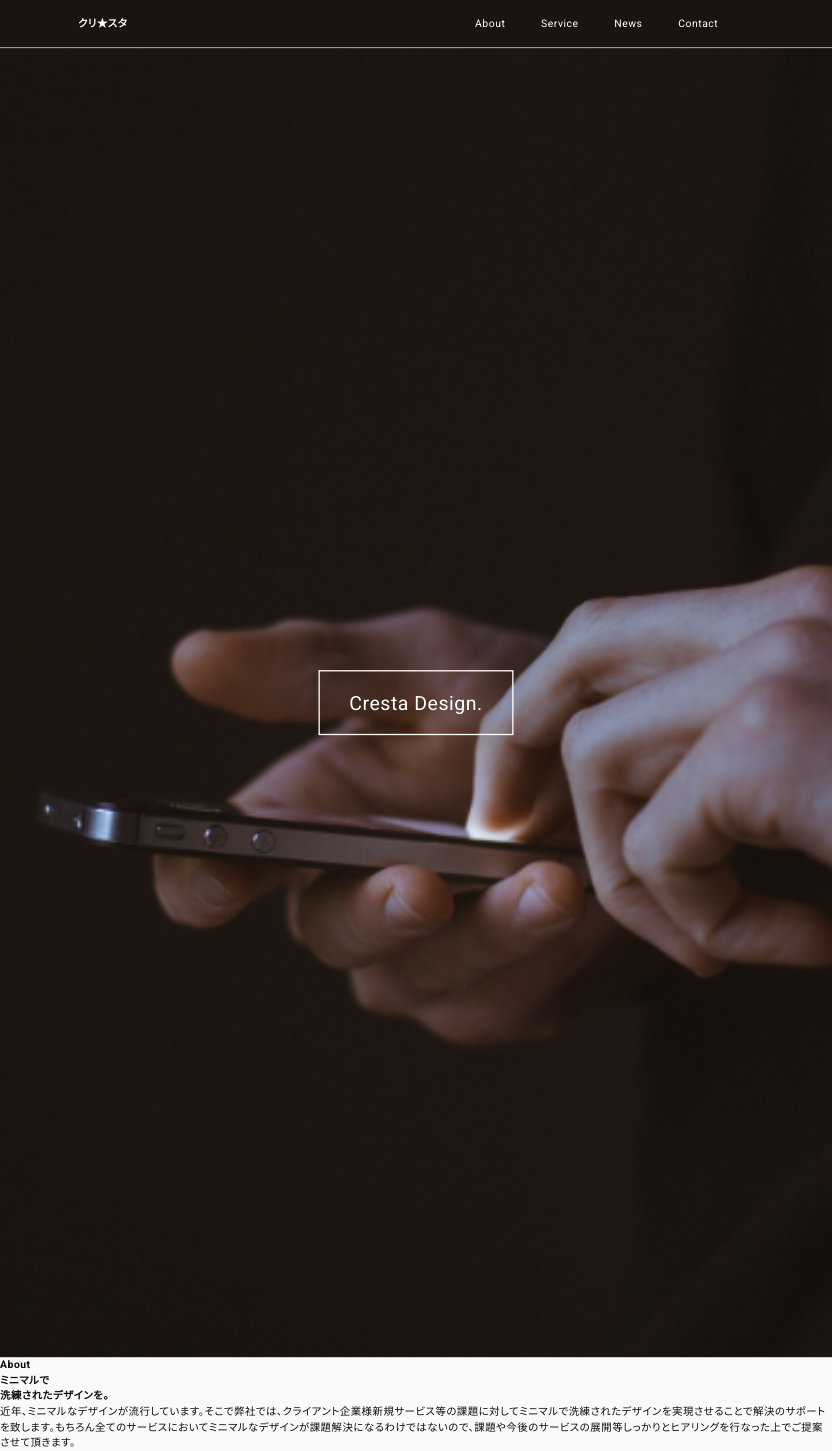
Repository: hatarakimono-kumasan/kurisuta_1st
Page: index.html
The author's editor kept a copy of each file at every save. The page is drawn from the files as they stood at one save, then again after the next save.
The browser window is 1280 px wide. The pictures show the whole page, at 65% of full size.
Some web libraries are served in a nearby version. The style sheet was rebuilt from its Sass, Less or Tailwind sources for each picture, by a compiler version that may differ from the author's.

Above is the page before, as saved 2020-05-15 04:23:27.

### index.html
<!DOCTYPE html>
<html lang="en">
	<head>
		<meta charset="UTF-8" />
		<meta name="viewport" content="width=device-width, initial-scale=1.0" />
		<meta http-equiv="X-UA-Compatible" content="ie=edge" />
		<title>Cresta.design</title>
		<meta name="keywords" content="カンマ区切りで10個以内推奨" />
		<meta name="description" content="120文字以内" />
		<meta property="og:title" content="このページのタイトル" />
		<meta property="og:type" content="TOPページはwebsite、子ページはarticle" />
		<meta property="og:url" content="このページのURL" />
		<meta property="og:image" content="1200×630以上推奨、絶対パスで指定" />
		<meta property="og:site_name" content="サイト名" />
		<meta property="og:description" content="80〜90文字推奨" />
		<meta name="twitter:card" content="summary or summary_large_image" />
		<meta name="twitter:site" content="@ユーザー名" />
		<meta name="format-detection" content="telephone=no" />
		<!-- <link rel="shortcut icon" sizes="16x16" href="ファビコン" />
		<link rel="apple-touch-icon" sizes="192x192" href="タッチアイコン" />
		<link rel="shortcut icon" sizes="192x192" href="タッチアイコン" /> -->
		<meta name="last-modified" content="Sun, 29 Dec 2019 20:30:30 GMT" />
		<link
			href="https://use.fontawesome.com/releases/v5.6.1/css/all.css"
			rel="stylesheet"
		/>
		<link rel="stylesheet" href="style.css" />
		<script
			src="https://code.jquery.com/jquery-3.4.1.min.js"
			integrity="sha256-CSXorXvZcTkaix6Yvo6HppcZGetbYMGWSFlBw8HfCJo="
			crossorigin="anonymous"
		></script>
	</head>
	<body>
		<!-- header -->
		<header class="header">
			<h1 class="site-title"><a href="./">クリ★スタ</a></h1>
			<div class="nav-wrapper">
				<nav class="header-nav">
					<ul class="nav-list">
						<li class="nav-item"><a href="#about">About</a></li>
						<li class="nav-item"><a href="#service">Service</a></li>
						<li class="nav-item"><a href="#news">News</a></li>
						<li class="nav-item"><a href="#contact">Contact</a></li>
					</ul>
				</nav>
			</div>
			<button class="burger-btn">
				<span class="bars">
					<span class="bar bar_top"></span>
					<span class="bar bar_mid"></span>
					<span class="bar bar_bottom"></span>
				</span>
			</button>
		</header>
		<!-- //header -->

		<!--first view-->
		<div class="first_view">
			<img src="img/fv-bgi_sp@2x.jpg" alt="サイトイメージ" />
			<p>Cresta Design.</p>
		</div>
		<!--//first view-->

		<main>
			<section class="about" id="about">
				<h2>About</h2>
				<h3>
					ミニマルで<br />
					洗練されたデザインを。
				</h3>
				<p>
					近年、ミニマルなデザインが流行しています。そこで弊社では、クライアント企業様新規サービス等の課題に対してミニマルで洗練されたデザインを実現させることで解決のサポートを致します。もちろん全てのサービスにおいてミニマルなデザインが課題解決になるわけではないので、課題や今後のサービスの展開等しっかりとヒアリングを行なった上でご提案させて頂きます。
				</p>
			</section>
		</main>
		<script src="drawer.js"></script>
	</body>
</html>

### drawer.js
$(".burger-btn").on("click", function () {
	//.btn_triggerをクリックすると
	$(".burger-btn").toggleClass("close"); //.btn_triggerにcloseクラスを付与(ボタンのアニメーション)
	$(".nav-wrapper").fadeToggle(500); //.nav-wrapperが0.5秒でフェードイン(メニューのフェードイン)
	$("body").toggleClass("noscroll"); //bodyにnoscrollクラスを付与(スクロールを固定)
});

if ($(window).width() < 768) {
	//デバイスの幅が768以下のとき
	$(".nav-item>a").on("click", function () {
		//.nav-item>aをクリックすると
		$(".nav-wrapper").fadeOut(500); //.nav-wrapperが0.5秒でフェードアウト(メニューのフェードアウト)
		$(".burger-btn").removeClass("close"); //.btn_triggerのcloseクラスを削除
		$("body").removeClass("noscroll"); //bodyのnoscrollクラスを削除
	});
}

### style.scss
/* ======================================
 Foundation
====================================== */

@import "scss/foundation/settings";
@import "scss/foundation/mixin";
@import "scss/foundation/reset";
@import "scss/foundation/base";

/* ======================================
 Layout
====================================== */

@import "scss/layout/header";
// @import 'layout/nav';
@import "scss/layout/main";
// @import 'layout/footer';

/* ======================================
 Object
====================================== */

/**
 Component
----------------------------------- */

// @import 'object/component/';

/**
 Project
----------------------------------- */

// @import 'object/project/';

/**
 Utility
----------------------------------- */
// @import 'object/utility/';

### scss/foundation/_settings.scss
//remで指定する時もpx指定する時と同じ感覚で書ける用
html {
	font-size: 62.5%;
}

### scss/foundation/_mixin.scss
// --------------------------------------------------------
//  mixin (mobile to pc)
// --------------------------------------------------------

$tab: 768px;
$lap: 1024px;
$pc: 1200px;

@mixin tab {
	@media screen and (min-width: ($tab)) {
		@content;
	}
}

@mixin lap {
	@media screen and (min-width: ($lap)) {
		@content;
	}
}

@mixin pc {
	@media screen and (min-width: ($pc)) {
		@content;
	}
}

### scss/foundation/_reset.scss
html,
body,
div,
span,
object,
iframe,
h1,
h2,
h3,
h4,
h5,
h6,
p,
blockquote,
pre,
abbr,
address,
cite,
code,
del,
dfn,
em,
img,
ins,
kbd,
q,
samp,
small,
strong,
sub,
sup,
var,
b,
i,
dl,
dt,
dd,
ol,
ul,
li,
fieldset,
form,
label,
legend,
table,
caption,
tbody,
tfoot,
thead,
tr,
th,
td,
article,
aside,
canvas,
details,
figcaption,
figure,
footer,
header,
hgroup,
menu,
nav,
section,
summary,
time,
mark,
audio,
video {
	margin: 0;
	padding: 0;
	border: 0;
	outline: 0;
	font-size: 100%;
	vertical-align: baseline;
	background: transparent;
}
body {
	line-height: 1;
}
article,
aside,
details,
figcaption,
figure,
footer,
header,
hgroup,
menu,
nav,
section,
main {
	display: block;
}
ol,
ul {
	list-style: none;
}
blockquote,
q {
	quotes: none;
}
blockquote:before,
blockquote:after,
q:before,
q:after {
	content: "";
	content: none;
}
a {
	margin: 0;
	padding: 0;
	font-size: 100%;
	vertical-align: baseline;
	background: transparent;
}
ins {
	background-color: #ff9;
	color: #333;
	text-decoration: none;
}
mark {
	background-color: #ff9;
	color: #333;
	font-style: italic;
	font-weight: bold;
}
del {
	text-decoration: line-through;
}
abbr[title],
dfn[title] {
	border-bottom: 1px dotted;
	cursor: help;
}
table {
	border-collapse: collapse;
	border-spacing: 0;
}
hr {
	display: block;
	height: 1px;
	border: 0;
	border-top: 1px solid #cccccc;
	margin: 1em 0;
	padding: 0;
}
input,
select {
	vertical-align: middle;
}

### scss/foundation/_base.scss
/*
  Base
---------------------------------------------- */
html {
	box-sizing: border-box;
	height: 100%;
}
*,
*:before,
*:after {
	box-sizing: inherit;
}
body {
	line-height: 1.5;
	height: 100%;
	font-feature-settings: "palt";
	color: #0d0d0d;
	background-color: #fafafa;
}
img {
	max-width: 100%;
	height: auto;
	vertical-align: bottom;
}
a {
	color: inherit;
}
input,
textarea {
	font-family: inherit;
	font-size: 100%;
}

/*
font
------------------------------------------*/
@import url("https://fonts.googleapis.com/css2?family=Roboto:wght@400;700&display=swap");
body {
	font-family: Roboto, "Noto Sans JP", 游ゴシック, "Yu Gothic", 游ゴシック体,
		YuGothic, "ヒラギノ角ゴ Pro W3", "Hiragino Kaku Gothic Pro", "Meiryo UI",
		メイリオ, Meiryo, sans-serif;
	font-size: medium;
	letter-spacing: 0.05em;
	word-break: break-all;
}
h1,
h2,
h3,
h4,
h5,
strong {
	font-weight: bold;
}

### scss/layout/_header.scss
// body {
// 	color: #141414;
// 	font-size: 1.4rem;
// 	line-height: 1.8;
// 	letter-spacing: 0.05em;

// 	font-family: "Roboto", sans-serif, "Noto Sans JP", sans-serif;
// }
.noscroll {
	overflow: hidden;
}
/* img {
	width: 100%;
	vertical-align: bottom;
} */
a {
	text-decoration: none;
	color: #fff;
}
// .section-title {
// 	font-size: 3.6rem;
// 	font-weight: bold;
// 	text-align: center;
// 	letter-spacing: 0.05em;
// 	margin-bottom: 70px;
// }
// h3 {
// 	font-size: 2.4rem;
// 	font-weight: bold;
// 	line-height: 2;
// 	letter-spacing: 0.1em;
// 	margin-bottom: 40px;
// }
// .section-wrapper {
// 	padding: 100px 10% 50px;
// }

/* ------------------ */
/* header */
/* ------------------ */
.header {
	background-color: #1b1310;
	color: #fff;
	height: 74px;
	display: flex;
	justify-content: space-between;
	align-items: center;
	padding: 0 120px;
	border-bottom: 1px solid #fff;
}
.nav-list {
	/* navの横並び */
	display: flex;
}
.nav-item {
	/* メニューの右側に余白 */
	margin-right: 55px;
}
.burger-btn {
	display: none;
}

@media screen and (max-width: 768px) {
	/* ----------------------- */
	/* base_sp
/* ----------------------- */

	// h3 {
	// 	font-size: 2rem;
	// 	margin-bottom: 30px;
	// }
	// .section-wrapper {
	// 	padding: 100px 5% 50px;
	// }
	/* ------------------ */
	/* humberger-menu */
	/* ------------------ */
	.header {
		padding: 0 5%;
	}
	.burger-btn {
		display: block;
		width: 39px;
		height: 39px;
		position: relative;
		z-index: 3;
		/*   codepenの挙動のため */
		background-color: transparent;
		border: none;
	}
	.bar {
		width: 20px;
		height: 1px;
		display: block;
		position: absolute;
		left: 50%;
		transform: translateX(-50%);
		background-color: #fff;
	}
	.bar_top {
		top: 10px;
	}
	.bar_mid {
		top: 50%;
		transform: translate(-50%, -50%);
	}
	.bar_bottom {
		bottom: 10px;
	}
	.burger-btn.close .bar_top {
		transform: translate(-50%, 10px) rotate(45deg);
		transition: transform 0.3s;
	}
	.burger-btn.close .bar_mid {
		opacity: 0;
		transition: opacity 0.3s;
	}
	.burger-btn.close .bar_bottom {
		transform: translate(-50%, -8px) rotate(-45deg);
		transition: transform 0.3s;
	}
	.nav-wrapper {
		display: none;
		width: 100vw;
		height: 100vh;
		position: fixed;
		top: 0;
		left: 0;
		z-index: 2; /*キービジュアルと.btn_triggerとの重なりの前後関係を調整*/
	}
	.header-nav {
		width: 100%;
		height: 100%;
		background-color: #1b1310;
		z-index: 2;
	}
	.header-nav .nav-list {
		display: block;
		position: absolute;
		top: 50%;
		left: 50%;
		transform: translate(-50%, -50%);
		text-align: center;
	}
	.header-nav .nav-item {
		margin-right: 0;
		margin-bottom: 40px;
	}
}

### scss/layout/_main.scss
/*=======================================
first view
=========================================*/
.first_view {
	width: 100%;
	position: relative;

	img {
		min-width: 100%;
	}
	p {
		width: 300px;
		height: 100px;
		border: #fff 2px solid;
		color: #fff;
		position: absolute;
		transform: translateY(-50%);
		font-size: 30px;
		top: 50%;
		left: 50%;
		text-align: center;
		transform: translate(-50%, -50%);
		line-height: 100px;
	}
}

After the next save:
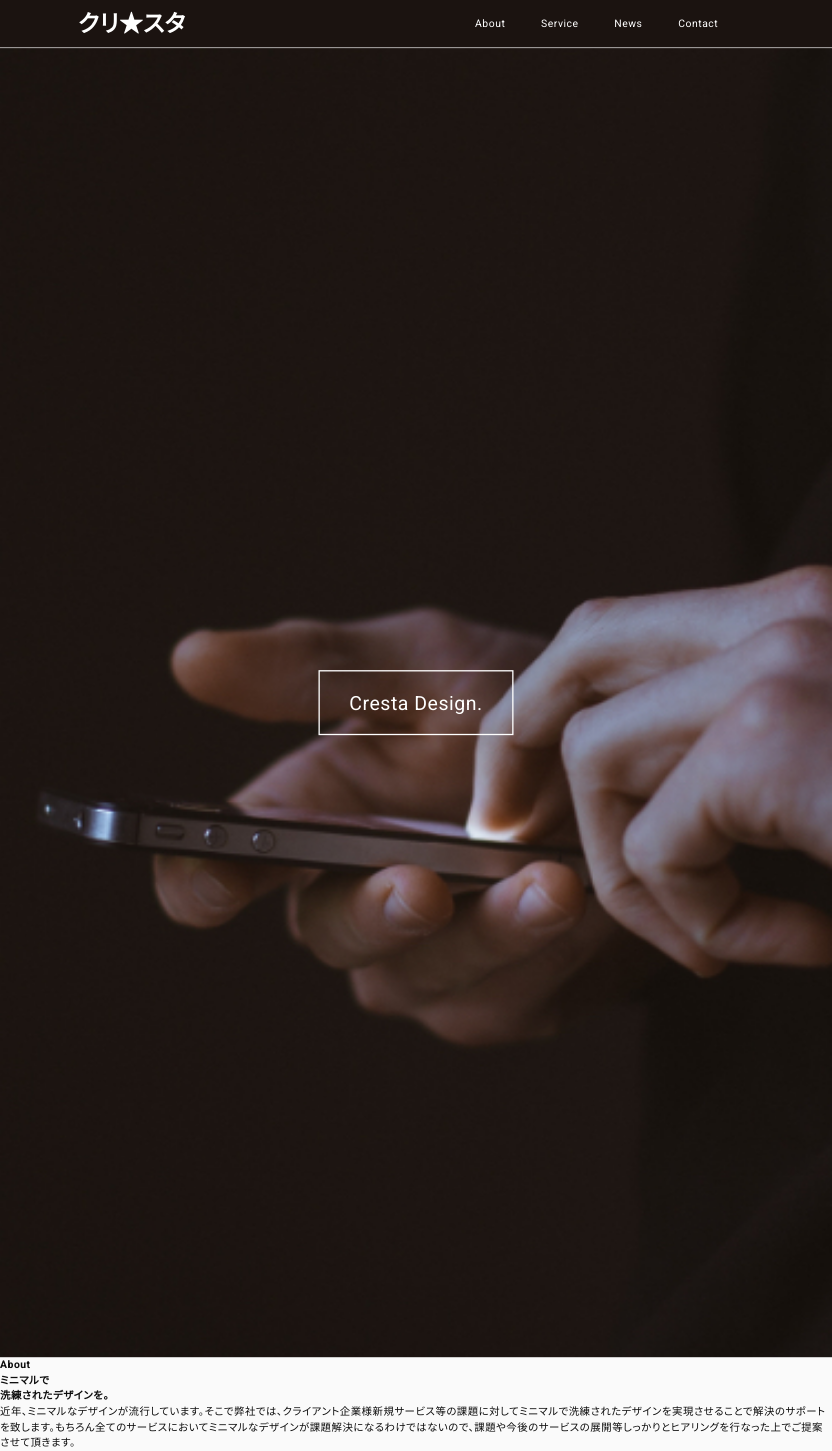
Saved 3 min 35 s later.
--- a/scss/layout/_header.scss
+++ b/scss/layout/_header.scss
@@ -47,6 +47,10 @@ a {
 	align-items: center;
 	padding: 0 120px;
 	border-bottom: 1px solid #fff;
+
+	h1 {
+		font-size: 36px;
+	}
 }
 .nav-list {
 	/* navの横並び */
